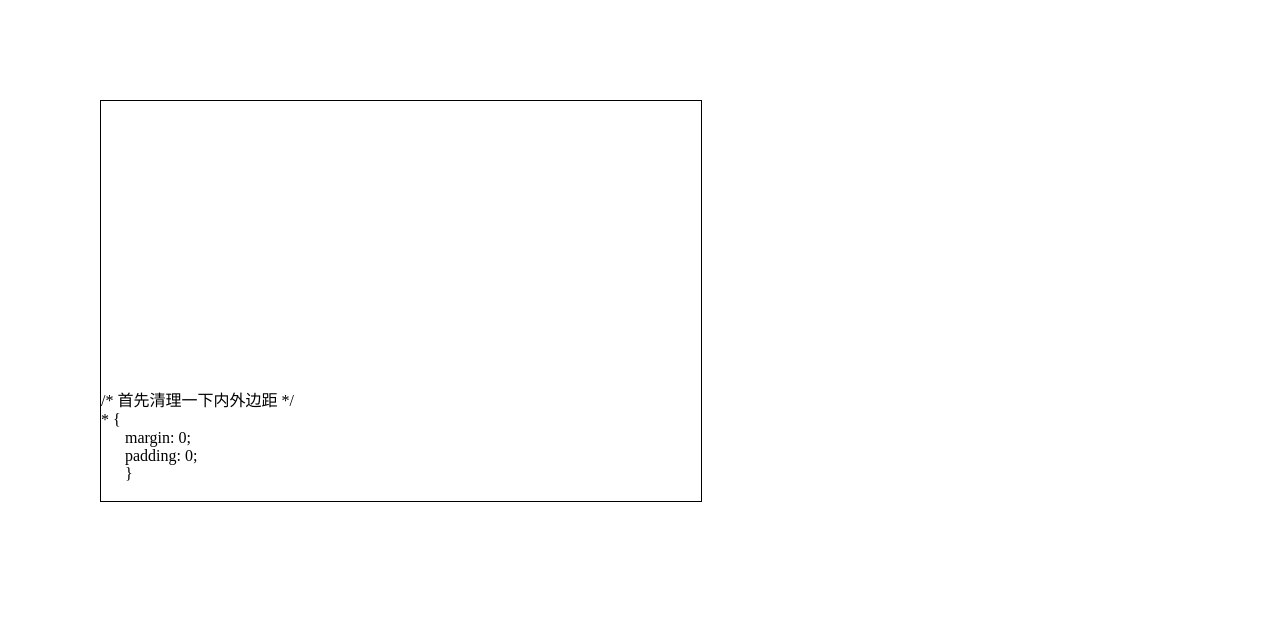
Repository: ScarApocalypse/study
Page: 一些想法/test.html
An editor plug-in stored every save of this project. The page is shown before and after the next save, followed by the edit.
The browser window is 1280 px wide. The pictures show the whole page.

Above is the page before, as saved 2019-08-02 17:00:25.

After the next save:
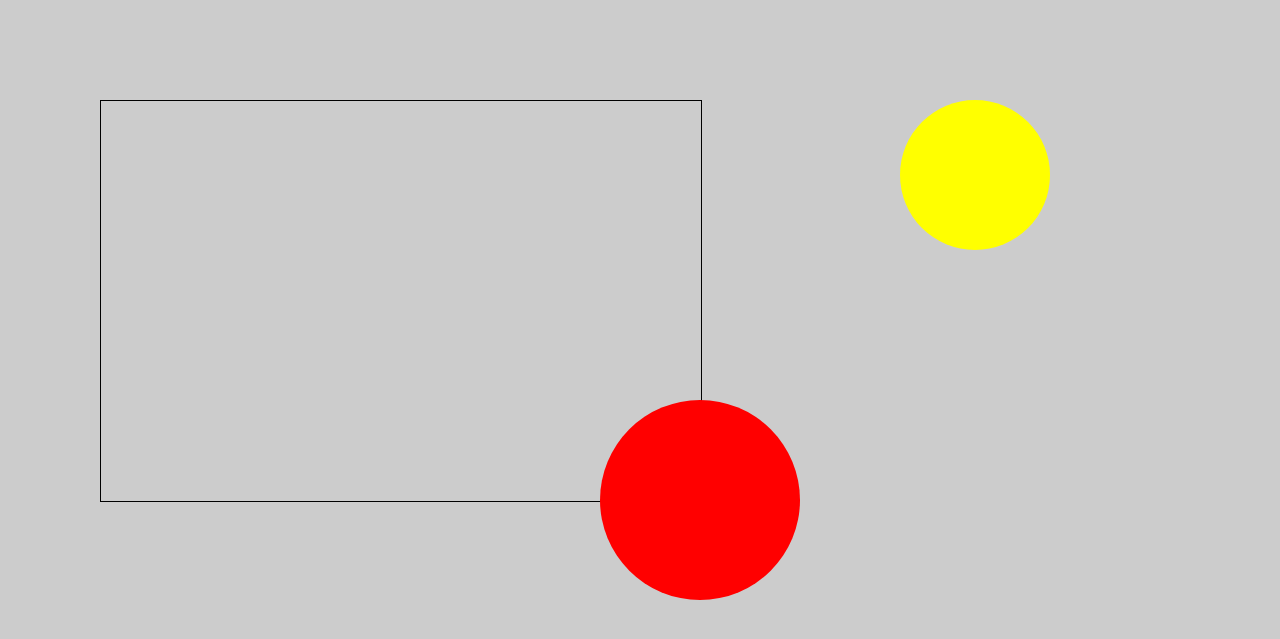
Saved 15 s later.
--- a/一些想法/test.html
+++ b/一些想法/test.html
@@ -141,37 +141,37 @@
 
 
 
-        var timeOut = setInterval(() => {
-            if (strIndex == length - 1) {
-                // console.log(showStr);
-                $(show).css({
-                    'background-color': '#333',
-                    'position': 'relative',
-                    'color': '#fff',
-                })
-                wrap.scrollTop = wrap.scrollHeight;
-                clearInterval(timeOut);
+        // var timeOut = setInterval(() => {
+        //     if (strIndex == length - 1) {
+        //         // console.log(showStr);
+        //         $(show).css({
+        //             'background-color': '#333',
+        //             'position': 'relative',
+        //             'color': '#fff',
+        //         })
+        //         wrap.scrollTop = wrap.scrollHeight;
+        //         clearInterval(timeOut);
 
-            }
-            styleStr += [str[strIndex]];
-            showStr += [str[strIndex]];
-            if (reg.test(str[strIndex])) {
-                showStr += '<br>';
-                if ((str[strIndex + 1] != '}') && (str[strIndex + 1] != '.') && (str[strIndex + 1] != '/')) {
-                    showStr += '&nbsp;&nbsp;&nbsp;&nbsp;&nbsp;'
-                }
-            }
-            if (str[strIndex] == '/' && str[strIndex - 1] == '*') {
-                showStr += '<br>';
-            }
-            // console.log(showStr);
-            // showStr=showStr.replace(pat,'<span class="red">'+'\$1'+'</span>');
-            show.innerHTML = showStr;
-            style.innerHTML = styleStr;
+        //     }
+        //     styleStr += [str[strIndex]];
+        //     showStr += [str[strIndex]];
+        //     if (reg.test(str[strIndex])) {
+        //         showStr += '<br>';
+        //         if ((str[strIndex + 1] != '}') && (str[strIndex + 1] != '.') && (str[strIndex + 1] != '/')) {
+        //             showStr += '&nbsp;&nbsp;&nbsp;&nbsp;&nbsp;'
+        //         }
+        //     }
+        //     if (str[strIndex] == '/' && str[strIndex - 1] == '*') {
+        //         showStr += '<br>';
+        //     }
+        //     // console.log(showStr);
+        //     // showStr=showStr.replace(pat,'<span class="red">'+'\$1'+'</span>');
+        //     show.innerHTML = showStr;
+        //     style.innerHTML = styleStr;
 
 
-            strIndex++;
-        }, 50);
+        //     strIndex++;
+        // }, 50);
     </script>
 </body>
 
